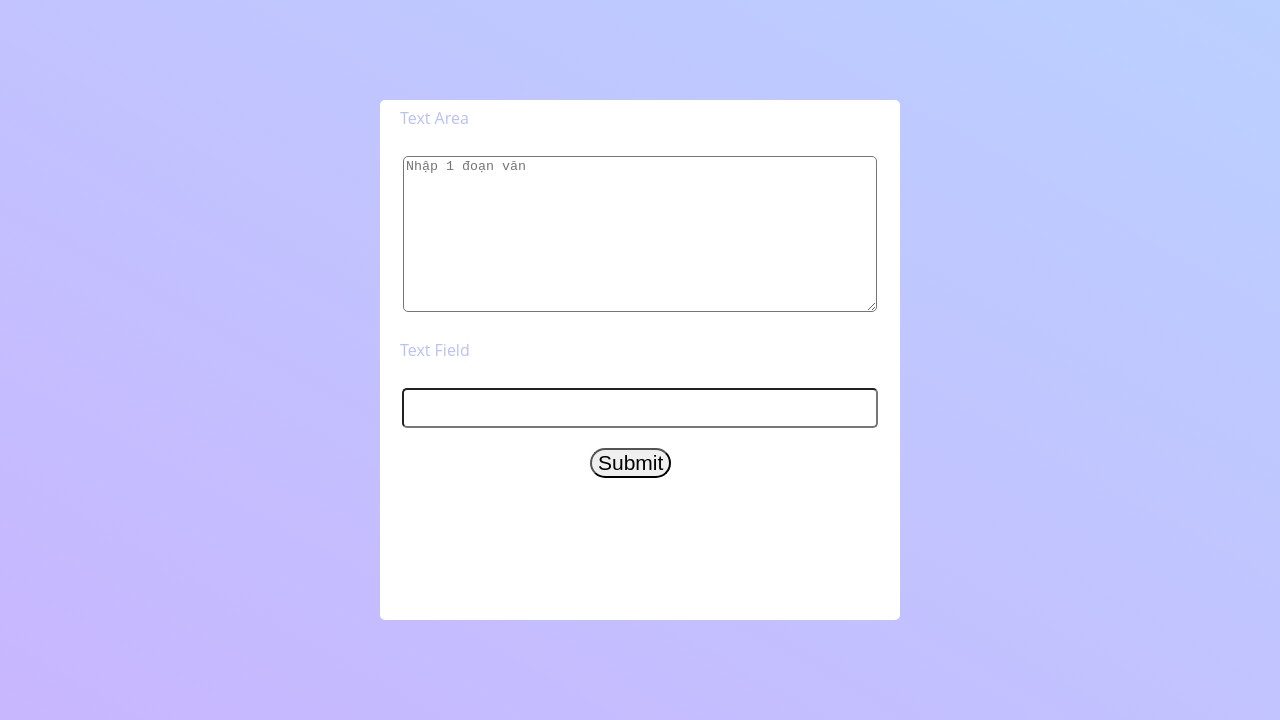
Repository: letrongtinh27/LapTrinhWeb
Page: Lab4.4/index.html
The author's editor kept a copy of each file at every save. The page is drawn from the files as they stood at one save, then again after the next save.
The browser window is 1280 px wide. The pictures show the whole page.

Above is the page before, as saved 2022-10-14 20:28:54.

After the next save:
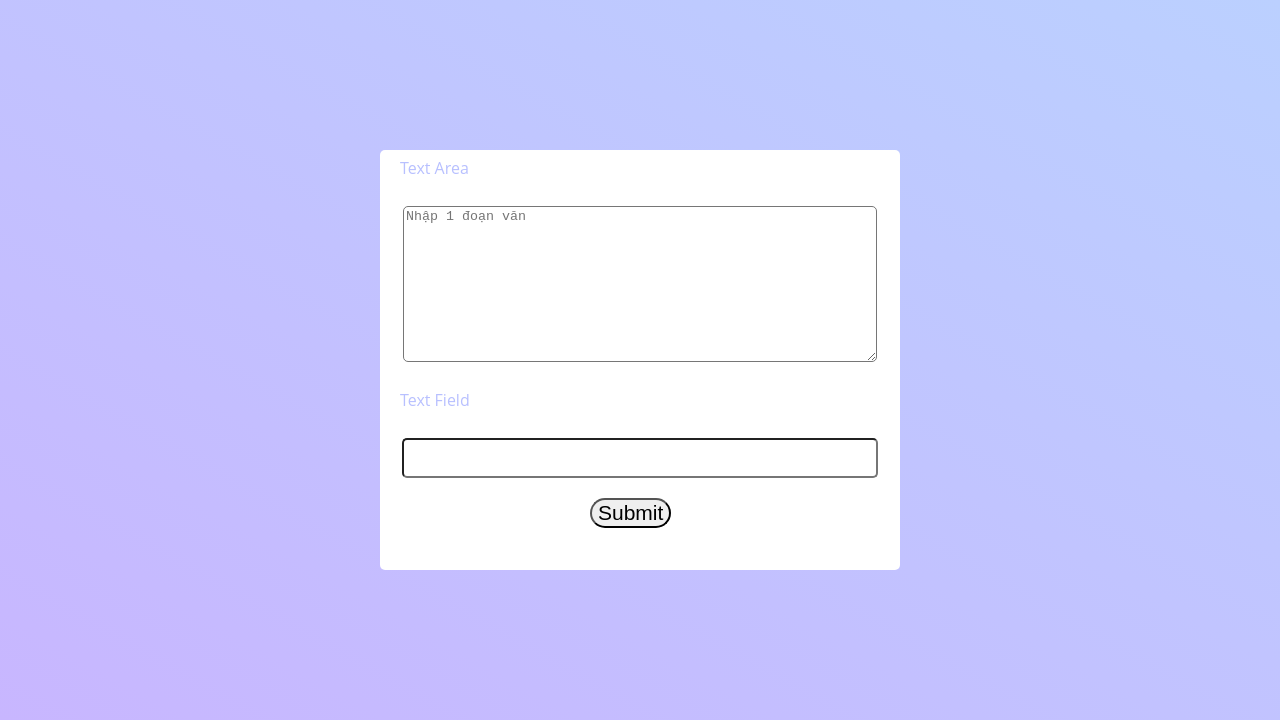
Saved 45 s later.
--- a/Lab4.4/style.css
+++ b/Lab4.4/style.css
@@ -12,7 +12,7 @@ body {
     width: 100%;
     max-width: 520px;
     height: 100%;
-    max-height: 520px;
+    max-height: 420px;
     background-color: #fff  ;
     border-radius: 5px;
 
